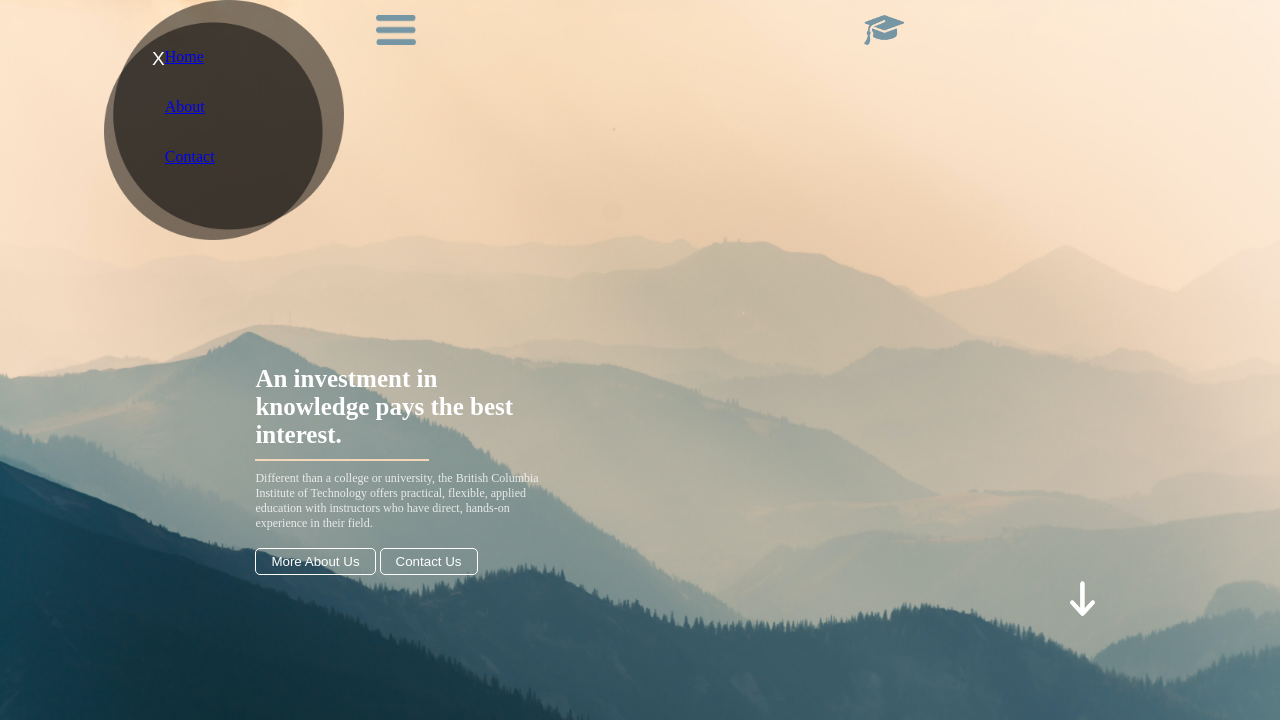
Repository: Sheraliramzan/Aly_A01253508_Assignment1
Page: /
The author's editor kept a copy of each file at every save. The page is drawn from the files as they stood at one save, then again after the next save.
The browser window is 1280 px wide. The pictures show the whole page.
The project was rebuilt for these pictures with package versions that can differ from the ones it lists, and the page was loaded fresh each time. The framework's server and built-in components were replaced by stand-ins that run in the browser. Also part of the build but not shown: next.config.js.

Above is the page before, as saved 2023-02-04 17:46:29.

### pages/index.js
import Head from 'next/head'
import Image from 'next/image'
import styles from '../styles/Home.module.css'
import { useState } from 'react'
import { useRouter } from 'next/router'



export default function Home() {

  const [isMenuOpen, setIsMenuOpen] = useState(false);
  const handleClick = () => {
    setIsMenuOpen(!isMenuOpen);
  };
  const router = useRouter();
  return (
    <>
      <Head>
        <title>Home</title>
        <meta name="author" content="MDIA 2109" />
        <meta property="og:title" content= "Assignment #1 - Home Page"/>
        <meta property="og:description" content= "BCIT Digital Design and Development Diploma"/>
        <meta name="viewport" content="width=device-width, initial-scale=1" />
        <link rel="icon" href="/favicon.png" />
      </Head>
      <main className={styles.main}>
        <div className='fullcont'>
          <div className="navcont">
              <Image
                src={"/icons/menu-icon.png"}
                width={40}
                height={30}
                onClick={handleClick}
              />
              <Image src={"/icons/graduation-hat.png"} width={40} height={30} />
          </div>
          <div className="menucont">
          <div className="listcont">
            <div className="btncont">
              <button className="close" onChange={handleClick}>
                X
              </button>
            </div>
              <ul>
                <li>
                  <a href='#'>Home</a>
                </li>
                <li>
                  <a href='#'>About</a>
                </li>
                <li>
                  <a href='#'>Contact</a>
                </li>
              </ul>
            </div>
          <Image
            src={"/background-images/menuBackground.png"}
            width={240}
            height={240}
          />
        </div>

          <div className="headcont">
            <h1 className="headhome">An investment in <br/>knowledge pays the best <br/> interest.</h1>
            <div className="horidiv"></div>
            <p className="para1">Different than a college or university, the British Columbia <br/> Institute of Technology offers practical, flexible, applied education with instructors who have direct, hands-on experience in their field.</p>
          </div>
          <a className='butcont'>
            <button className='but1'>More About Us</button>
            <button className='but1'>Contact Us</button>
          </a>
          <a>
            <span>
              <Image className='downarrow' src ={"/downwardArrow.png"} width={25} height={35}></Image>
            </span>
          </a>
        </div>
      </main>
    </>
  )
}

### styles/globals.css


* {
  box-sizing: border-box;
  padding: 0;
  margin: 0;
}

html,
body {
  max-width: 100vw;
  overflow-x: hidden;

  background-image:url('../public/background-images/backgroundMountain.jpg') ;
  background-size: cover;
  background-repeat: no-repeat;
  height: 100vh;
}
.navcont {
  display: flex;
  align-items: center;
  justify-content: space-between;
  padding: 1rem -5rem;
}
.menucont{
  position: absolute;
  top: 0rem;
  left: 6.5rem;
}

ul {
  display: flex;
  flex-direction: column;
  gap: 2rem;
}

ul > li {
  list-style-type: none;
  color: white;
}
.listcont{
  position: absolute;
  display: flex;
  align-items: flex-start;
  left: 3rem;
  top: 3rem;
}

.btncont {
  display: flex;
}

.close {
  background-color: transparent;
  border: none;
  font-size: larger;
  color: white;
}

.fullcont{
  margin: 15px;
}
.but1{
  margin: 2px;
  padding: 5px 15px;
  background: none;
  border: 1px solid var(--primary-color);
  border-radius: 5px;
  color:var(--primary-color) ;
}
.butcont{
 margin-left: -123px;
}

.but1:hover{
  background-color: var( --primary-color);
  color: var(--quinary-color);
}
.downarrow{
  position: relative;
  left: 590px;
  top:50px;
}
.headcont{
  display: flex;
  flex-direction: column;
  width: 55%;
  margin-top: 320px;
  margin-left: -121px;
}
.headhome{
  color: var(--primary-color);
  font-size: 25px;
  margin-bottom: 10px;
}
.horidiv{
  width: 60%;
  border: 1px solid var(--secondary-color);
  margin-bottom: 10px;
}
.para1{
  color: var(--primary-color);
  font-size:12px;
  width: 100%;
  opacity: 0.8;
}


#carouselImage{
  height: 200px;
  background-repeat: no-repeat;
  background-size: cover;
  display: flex;
  justify-content: center;
  align-items: center;
  margin: 40px 0px;
}
#testOnImageHere{
  background-color: rgba(16, 46, 53, 0.5);
  padding: 10px;
  margin: 0px 50px;
}

### styles/variables.css
:root{
    --primary-color:#fff;
    --secondary-color:#f4d6b9;
    --ternary-color: #7796a4;
    --quaternary-color:#14343d;
    --quinary-color:rgba(16,46,53,0.5);
}

### styles/Home.module.css
.main {
  display: flex;
  flex-direction: column;
  justify-content: space-between;
  align-items: center;
}

Loaded but not shown: pages/_app.js (common file); pages/_document.js (common file)

After the next save:
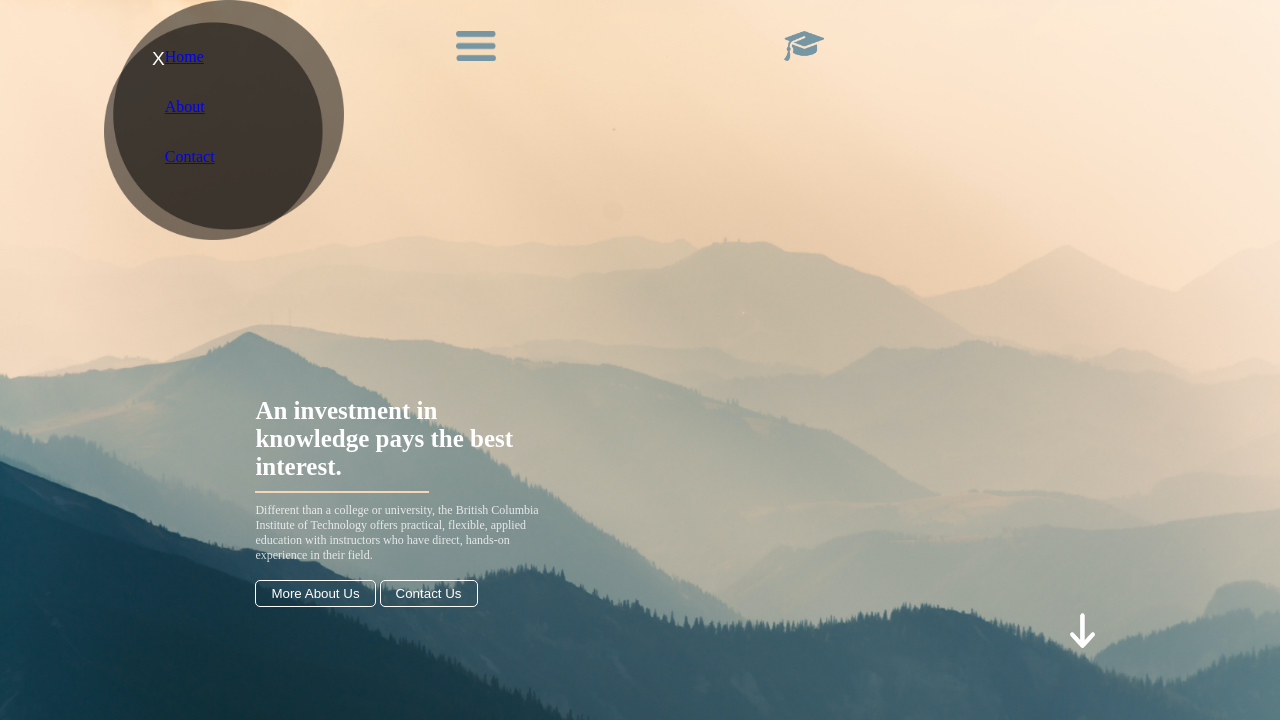
Saved 5 s later.
--- a/styles/globals.css
+++ b/styles/globals.css
@@ -20,7 +20,7 @@ body {
   display: flex;
   align-items: center;
   justify-content: space-between;
-  padding: 1rem -5rem;
+  padding: 1rem 5rem;
 }
 .menucont{
   position: absolute;
